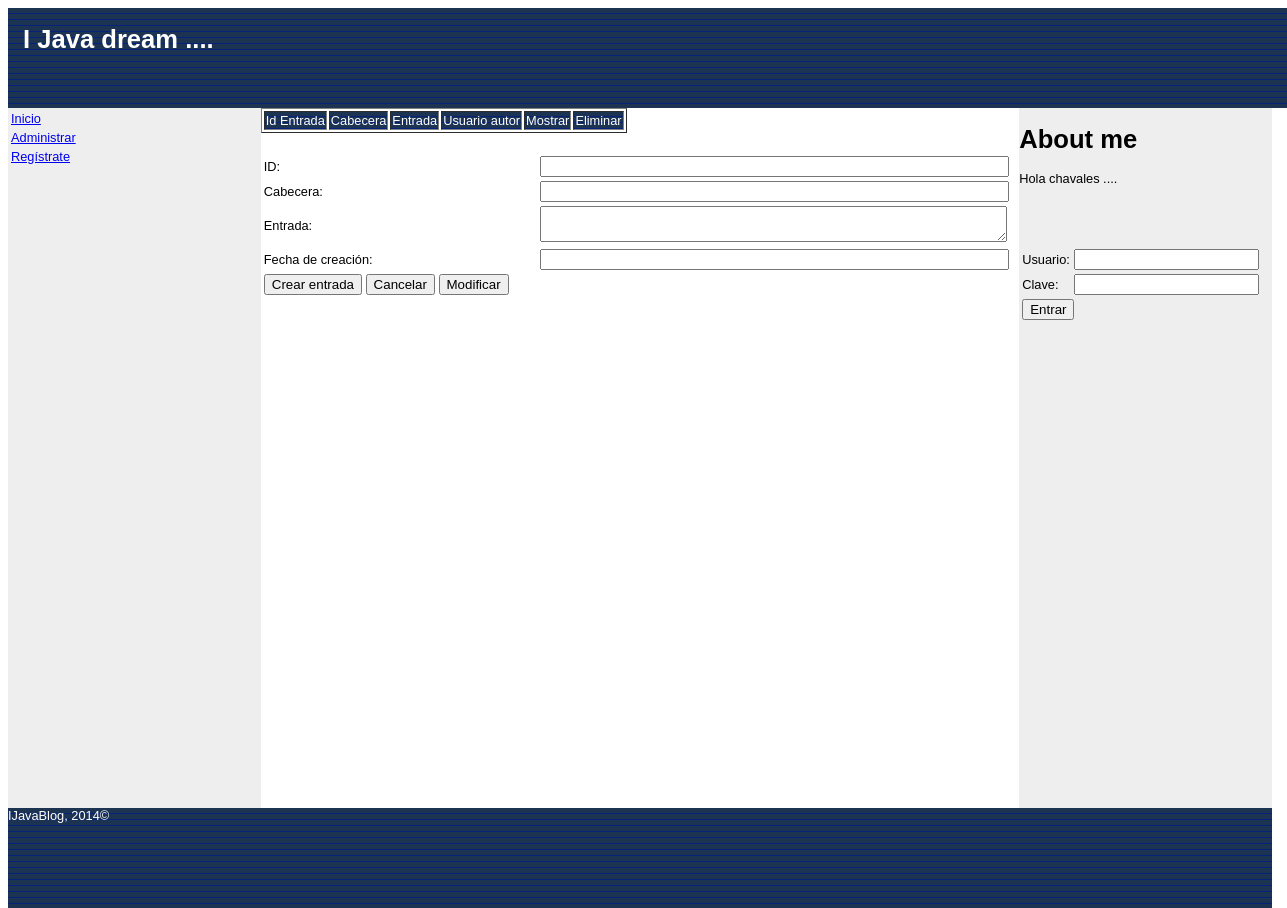
Repository: alruis/IJavaDreamBlog
Page: http://localhost/IJavaBlog/jsp/blog/inicio.jsp
These files come from the project's save history. The page is drawn as it stood at one moment and after the next save; the edit follows.
The browser window is 1280 px wide. The page is 1287 px wide, so the pictures cover 1287 px, including what lies to the right of the window. The pictures show the whole page.
The page is served by Tomcat 9. Nobody is signed in. The application's start-up code is not run. Other server files are loaded and not shown. The template is opened directly, without the code that normally fills it, so the values that code supplies are empty.

Above is the page before, as saved 2014-09-26 14:31:08.
Console error: ReferenceError: init is not defined

### IJavaBlog/WebContent/jsp/blog/inicio.jsp
<%@ page language="java" contentType="text/html; charset=UTF-8"
    pageEncoding="UTF-8"%>
     <%@page import="model.Entrada"%>
 <%@page import="java.util.List"%>
<%@ taglib prefix="c" uri="http://java.sun.com/jsp/jstl/core" %>
<%@ taglib prefix="form" uri="http://www.springframework.org/tags/form" %>
<!DOCTYPE html>
<html>
<head>
	<meta charset="UTF-8">
	<title>IJavaBlog</title>
	<!-- <link href="css/comun.css" rel="stylesheet" type="text/css" />  -->
	<!--<link href="css/bootstrap.css" rel="stylesheet" type="text/css" />  -->
	<link href="css/ijavablog.css" rel="stylesheet" type="text/css" />

	<script>

	const AGREGAR = 0;
		const MODIFICAR = 1;

		var confirmar = function() {
			var confirmado = confirm("Seguro que deseas eliminar la entrada?");
			return confirmado; // true o false
		};

		var guardar = function(op) {
			var form = document.forms.entradaForm;

			if (op == AGREGAR)
				form.action = "agregarEntrada.blog";
			else if (op == MODIFICAR)
				form.action = "modificarEntrada.blog";

			form.submit();
		};



	</script>


</head>
<body  onload="init()">


<div id="cabecera" class="cabecera"><%@ include file="cabecera.jsp" %></div>
<div id="navegacion" class="navegacion"><%@ include file="navegacion.jsp" %></div>

<div id="errores">
		<c:forEach var="e" items="${errores}">
			${e}<br/>
		</c:forEach>

</div>



	<div id="entradas" class="entradas" >
		<table id="tablaEntradas" border="1">


		<tbody id="tbodyEntradas" >
		<thead id="cabeceraEntradas" >
		<tr class="cabeceras">
		<td>Id Entrada</td>
		<td>Cabecera</td>
		<td>Entrada</td>
		<td>Usuario autor</td>
		<td>Mostrar</td>
		<td>Eliminar</td></tr>

		</thead>
		<%
			// Obteniendo personas que son enviadas desde el Controlador
			List<Entrada> entradas = (List<Entrada>)
			request.getAttribute("entradas");

			if (entradas != null) {
				int num = 1;
				for (Entrada ent : entradas) {
		%>

					<tr>

						<td><%= ent.getIdEntrada() %></td>
						<td><%= ent.getCabeceraEntrada() %></td>
						<td><%= ent.getEntrada() %></td>
						<td><%= ent.getIdusuario() %></td>
						<td><a href="mostrar.blog?idEntrada=<%= ent.getIdEntrada() %>"> Mostrar	</a></td>
						<td><a href="eliminar.blog?idEntrada=<%= ent.getIdEntrada() %>"
								onclick="return confirmar()" >Eliminar
							</a>
						</td>
					</tr>

		<%
				}
			}
		%>
		</tbody>
	</table>

	<div style="height: 20px"></div>
	<!--   <h1>Crear entrada</h1> -->
	<form:form action="agregarEntrada.blog" commandName="entradaForm" method="post">
		<table style="width: 98%;" >
		<tr>
				<td>ID:</td>
				<td><form:input path="idEntrada" readonly="true" cssStyle="width:100%"/> </td>
			</tr>
			<tr>
				<td>Cabecera:</td>
				<td><form:input path="cabeceraEntrada" cssStyle="width:100%"/> </td>
			</tr>
			<tr>
				<td>Entrada:</td>
				<td><form:textarea  path="entrada"  cssStyle="width:100%"/> </td>
			</tr>

			<tr>
				<td>Fecha de creación:</td>
				<td><form:input path="fechaCreacion" cssStyle="width:100%"/> </td>
			</tr>
			<tr>
				<td colspan="2">
					<input type="submit" value="Crear entrada"/>
					<!-- <input type="button" value="Agregar entrada" onclick="guardar(AGREGAR)"/> -->
				<input type="button" value="Cancelar" onclick="window.location.href='inicio.blog'"/>
				<input type="button" value="Modificar" onclick="guardar(MODIFICAR)"/>
				</td>
			</tr>
		</table>
	</form:form>
	</div> <!--  Cierre de div de entradas -->

<div  id="enlaces" class="enlaces"><%@ include file="enlaces.jsp" %></div>
<div  id="pie" class="pie">	<%@ include file="pie.jsp" %></div>

</body>
</html>

### IJavaBlog/WebContent/jsp/blog/cabecera.jsp
<%@ page language="java" contentType="text/html; charset=UTF-8"
    pageEncoding="UTF-8"%>
<%@ taglib prefix="c" uri="http://java.sun.com/jsp/jstl/core" %>

<!--  <link href="css/cabecera.css" rel="stylesheet" type="text/css" /> -->
	<!--  <link href="css/bootstrap.css" rel="stylesheet" type="text/css" />  -->

<div id="cabecera" >

	<div onclick="javascript:location.href='index.blog'"><h1>I Java dream ....</h1></div>

</div>

### IJavaBlog/WebContent/jsp/blog/navegacion.jsp
<%@ page language="java" contentType="text/html; charset=UTF-8"
    pageEncoding="UTF-8"%>
<div id="navegacion">
	<table>
	<tr><td><a href='index.blog'">Inicio</a></td></tr>
	<tr><td><a href="administrar.blog"> Administrar</a></td></tr>
	<tr><td><a href="registrarUsuario.blog">Regístrate</a></td></tr>
	</table>

</div>

### IJavaBlog/WebContent/jsp/blog/enlaces.jsp
<%@ page language="java" contentType="text/html; charset=UTF-8"
    pageEncoding="UTF-8"%>
<div id="enlaces">
<div>
	<h1>About me</h1>	Hola chavales ....
</div>
	</br>
	</br>

	</br>
	</br>
	<div>
	<form action="autenticar.blog" method="post">

		<c:choose>
			<c:when test="${empty sessionScope.usuario}">
				<table>
				<tr><td>Usuario:</td><td><input type="text" name="correo"  /> 	</td></tr>
				<tr><td>Clave:</td><td> <input type="text" name="clave" /> 	</td></tr>
				<tr><td colspan=2><input type="submit" value="Entrar" />	</td></tr>
				</table>
			</c:when>
			<c:otherwise>
			<span style="text-align: right;">
				Bienvenido, ${sessionScope.usuario.correo }
				<a href="cerrarSesion.blog">Cerrar sesión</a>
			</span>
			</c:otherwise>
		</c:choose>

	</form>
	</div>
</div>

### IJavaBlog/WebContent/jsp/blog/pie.jsp
<%@ page language="java" contentType="text/html; charset=UTF-8"
    pageEncoding="UTF-8"%>
<div id="pie">
	IJavaBlog, 2014&copy;
</div>

### IJavaBlog/WebContent/css/ijavablog.css
h1 {
	text-align: left;
}

html{
	font-family:Arial, Helvetica, sans-serif;
	font-size:80%;

}

#body {
	clear: both;

}

#registrarUsuario {
	text-align: right;
}


	div.cabecera{
    background:  url("../img/FondoCabecera2.png");
     width:100%;
     height:100px;
     float:left;
     color:white;
     padding-left:15px;


	}

	tr.cabeceras{
	 background:  url("../img/FondoCabecera1.png");
	 color:white;
    background-color:blue;


	}


	div.navegacion{
	background-color:#eeeeee;
    width:20%;
    float:left;
    overflow:hidden;margin:0; padding:0;  position:relative; min-height:700px;

	}

	div.entradas{
	width:60%;
    float:left;


	}

	div.enlaces{
 	background-color:#eeeeee;
    width:20%;
    float:left;

     overflow:hidden;margin:0; padding:0;  position:relative; min-height:700px;

	}


	div.pie{
	 background:  url("../img/FondoCabecera2.png");
      width:100%;
      height:100px;
    color:white;
        float:left;
	}

After the next save:
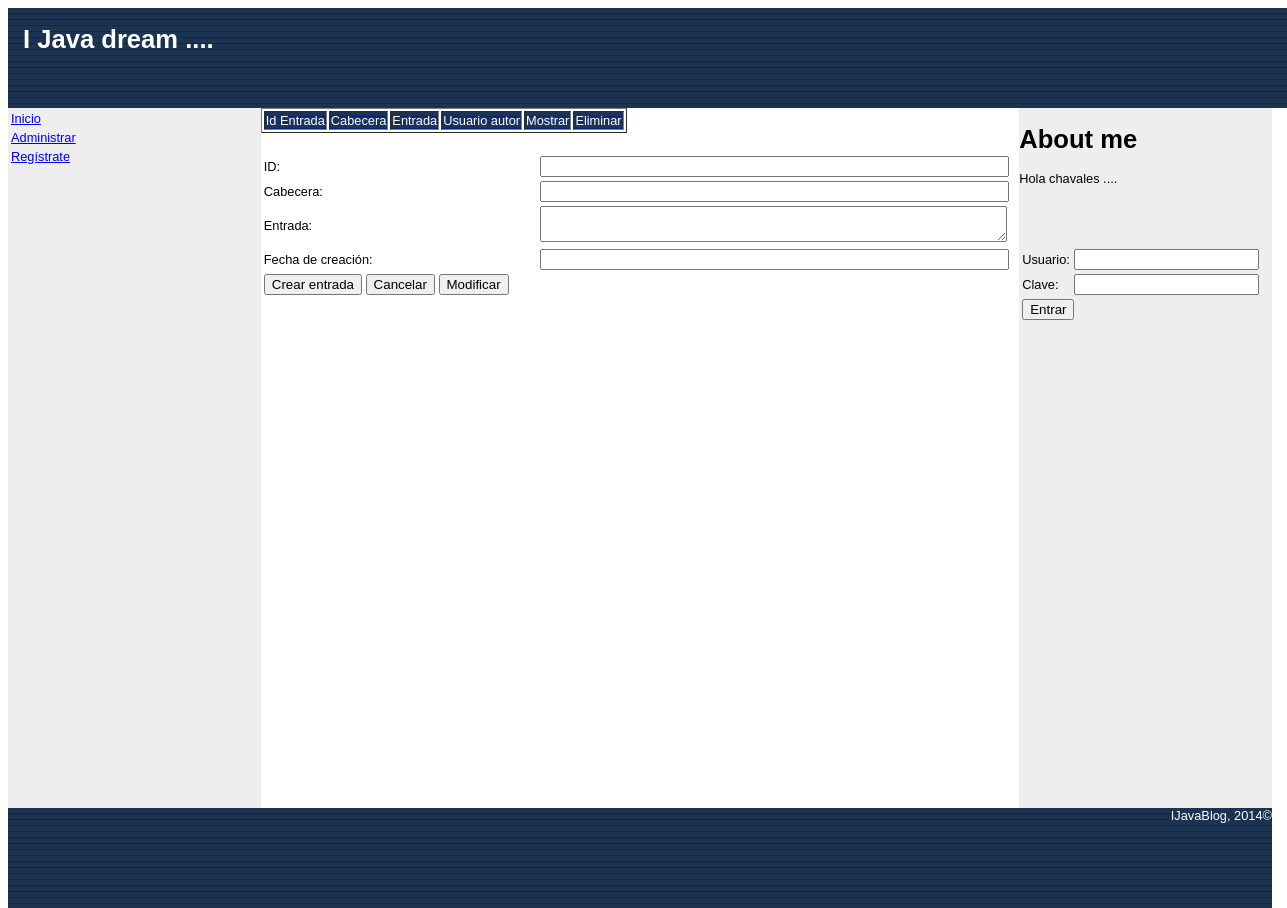
Saved 25 s later.
--- a/IJavaBlog/WebContent/css/ijavablog.css
+++ b/IJavaBlog/WebContent/css/ijavablog.css
@@ -69,4 +69,5 @@ html{
       height:100px;
     color:white;
         float:left;
+        text-align: right;
 	}
